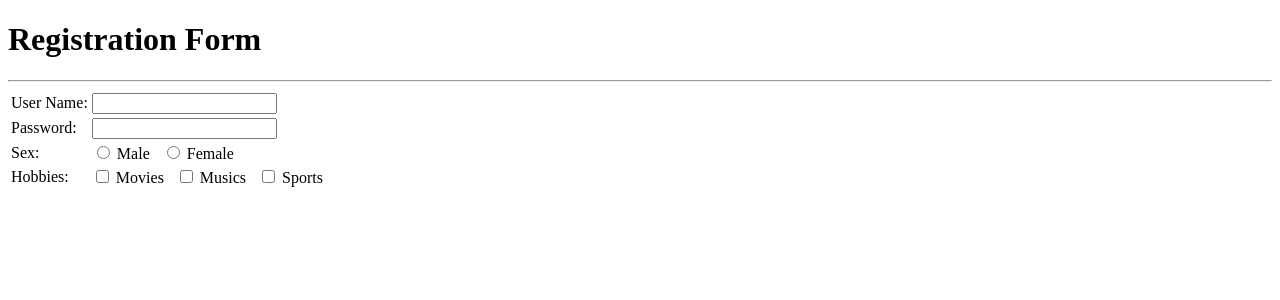
Repository: NazHaq/JavaDevelomentDemo
Page: JavaWebPage/WebApp-01/WebContent/Register.html
These files come from the project's save history. The page is drawn as it stood at one moment and after the next save; the edit follows.
The browser window is 1280 px wide. The pictures show the whole page.

Above is the page before, as saved 2016-12-19 02:57:55.

After the next save:
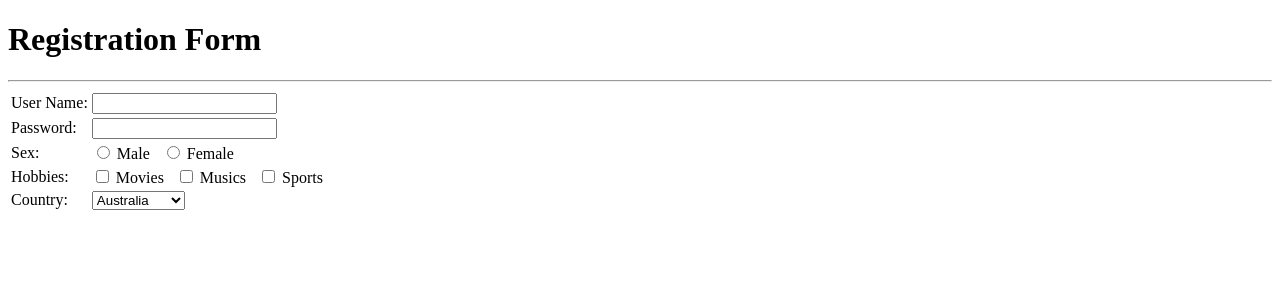
Saved 4 min 11 s later.
--- a/JavaWebPage/WebApp-01/WebContent/Register.html
+++ b/JavaWebPage/WebApp-01/WebContent/Register.html
@@ -35,6 +35,25 @@
 </td>
 </tr>
 
+<tr>
+<td> Country: </td>
+<td>
+<select name="country">
+<option value="Australia">Australia</option>
+<option value="Australia">Bangladesh</option>
+<option value="Australia">Srilanka</option>
+<option value="Australia">UK</option>
+<option value="Australia">Ireland</option>
+<option value="Australia">Nepal</option>
+
+
+
+</select>
+
+</tr>
+
+
+
 </tbody>
 
 
